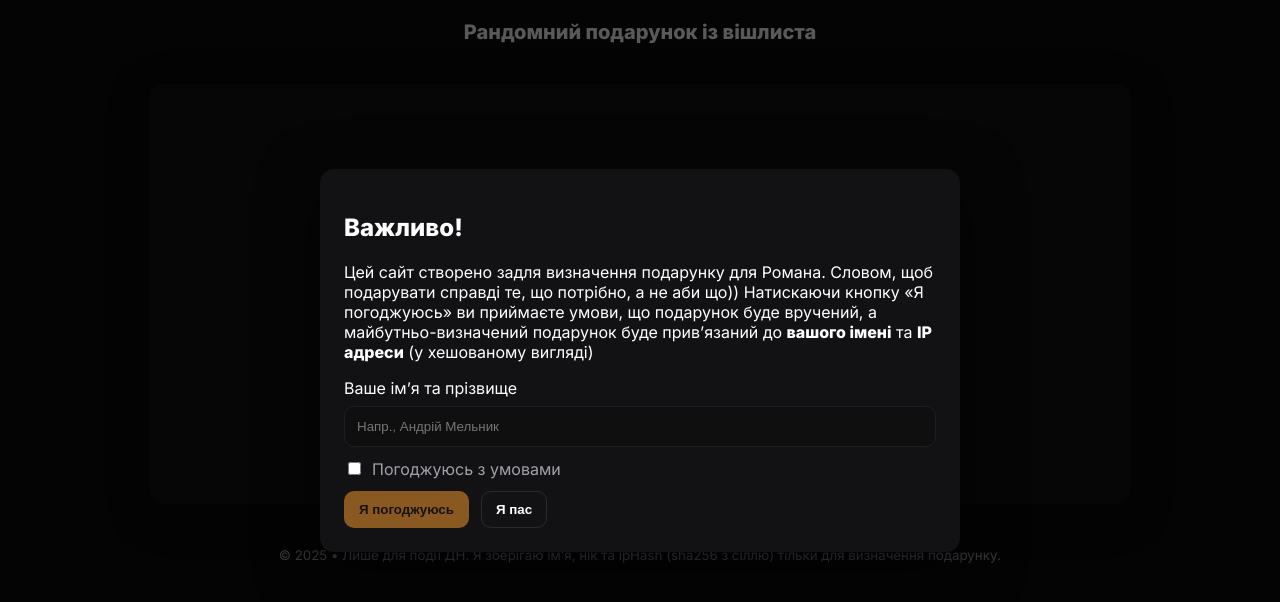
Repository: torunok/random-gift-roman
Page: docs/index.html
These files come from the project's save history. The page is drawn as it stood at one moment and after the next save; the edit follows.
The browser window is 1280 px wide. The pictures show the whole page.
The page's requests for data from a server got no answer.

Above is the page before, as saved 2025-11-10 18:00:30.

### docs/index.html
<!DOCTYPE html>
<html lang="uk">
  <head>
    <meta charset="utf-8" />
    <meta name="viewport" content="width=device-width, initial-scale=1" />
    <title>Random Gift for Roman</title>
    <link rel="preconnect" href="https://fonts.googleapis.com" />
    <link rel="preconnect" href="https://fonts.gstatic.com" crossorigin />
    <link href="https://fonts.googleapis.com/css2?family=Inter:wght@400;600;800&display=swap" rel="stylesheet" />
    <link rel="stylesheet" href="./styles.css" />
  </head>
  <body>
    <div id="app">
      <header class="header">
        <h1>Рандомний подарунок із вішлиста</h1>
      </header>

      <main class="main">
        <!-- Контейнер для сценаріїв/анімацій -->
        <section id="stage" class="stage"></section>
      </main>

      <footer class="footer">
        <small>© 2025 • Лише для події ДН. Я зберігаю ім’я, нік та ipHash (sha256 з сіллю) тільки для визначення подарунку. </small>
      </footer>
    </div>

    <!-- Модалка з умовами -->
    <div class="modal" id="consentModal" aria-hidden="true">
      <div class="modal-content">
        <h2>Важливо!</h2>
        <p>
          Цей сайт створено задля визначення подарунку для Романа. Словом, щоб подарувати справді те, що потрібно, а не аби що)) Натискаючи кнопку «Я погоджуюсь» ви приймаєте умови, що подарунок буде вручений, а
          майбутньо-визначений подарунок буде прив’язаний до <strong>вашого імені</strong> та <strong>IP адреси</strong> (у хешованому вигляді)
        </p>
        <label class="field">
          <span>Ваше ім’я та прізвище</span>
          <input id="inputName" type="text" placeholder="Напр., Андрій Мельник" />
        </label>
        <label class="check">
          <input id="checkboxAgree" type="checkbox" />
          <span>Погоджуюсь з умовами</span>
        </label>
        <div class="actions">
          <button id="btnAgree" class="btn btn-primary" disabled>Я погоджуюсь</button>
          <button id="btnPass" class="btn btn-ghost">Я пас</button>
        </div>
      </div>
    </div>

    <script>
      window.API_BASE = "https://random-gift-roman.myhappyb.workers.dev"; // приклад: https://random-gift-roman.yourname.workers.dev
    </script>
    <script src="./app.js" defer></script>
  </body>
</html>

### docs/styles.css
:root {
    --bg: #0B0B0C;
    --fg: #FFFFFF;
    --muted: #A1A1AA;
    --accent: #FF9F2E;
    --accent-2: #6C9CFF;
    --panel: #121214;
    --border: #1E1E22;
    --panel-2: #0F0F10;

    --radius: 14px;
    --radius-sm: 10px;

    --eio: cubic-bezier(.2, .8, .2, 1);
    /* швидкий старт, сповільнення в кінці */
}

* {
    box-sizing: border-box;
}

html,
body {
    margin: 0;
    padding: 0;
    background: var(--bg);
    color: var(--fg);
    font-family: Inter, system-ui, -apple-system, Segoe UI, Roboto, Ubuntu, "Helvetica Neue", Arial, sans-serif;
    -webkit-font-smoothing: antialiased;
    -moz-osx-font-smoothing: grayscale;
}

a {
    color: var(--accent-2);
    text-decoration: none;
}

a:hover {
    text-decoration: underline;
}

/* ====== Layout ====== */
.header {
    padding: 20px;
    display: flex;
    justify-content: center;
}

.header h1 {
    font-size: 20px;
    font-weight: 800;
    margin: 0;
}

.header--admin {
    justify-content: flex-start;
}

.main {
    display: flex;
    justify-content: center;
    align-items: center;
    min-height: 60vh;
    padding: 20px;
}

.stage {
    width: min(980px, 94vw);
    min-height: 420px;
    border-radius: var(--radius);
    background: var(--panel);
    padding: 24px;
    position: relative;
    overflow: hidden;
    box-shadow: 0 10px 40px rgba(0, 0, 0, .35);
}

/* ====== Footer ====== */
.footer {
    padding: 20px;
    text-align: center;
    color: var(--muted);
}

/* ====== Modal ====== */
.modal {
    position: fixed;
    inset: 0;
    background: rgba(0, 0, 0, .65);
    display: flex;
    align-items: center;
    justify-content: center;
    z-index: 50;
}

.modal[aria-hidden="true"] {
    display: none;
}

.modal-content {
    background: var(--panel);
    width: min(640px, 94vw);
    padding: 24px;
    border-radius: var(--radius);
    box-shadow: 0 18px 60px rgba(0, 0, 0, .55);
    animation: scale-in .45s var(--eio) forwards;
}

/* ====== Form fields ====== */
.field {
    display: flex;
    flex-direction: column;
    gap: 8px;
    margin: 12px 0;
}

.field input,
.field textarea {
    background: var(--panel-2);
    border: 1px solid var(--border);
    color: var(--fg);
    border-radius: var(--radius-sm);
    padding: 12px;
    outline: none;
    transition: border-color .2s var(--eio), box-shadow .2s var(--eio);
}

.field input:focus,
.field textarea:focus {
    border-color: #2E2E33;
    box-shadow: 0 0 0 4px rgba(108, 156, 255, .12);
}

.check {
    display: flex;
    align-items: center;
    gap: 8px;
    margin: 12px 0;
    color: var(--muted);
}

.actions {
    display: flex;
    gap: 12px;
    margin-top: 12px;
    flex-wrap: wrap;
}

/* ====== Buttons ====== */
.btn {
    appearance: none;
    border: 1px solid transparent;
    padding: 10px 14px;
    border-radius: var(--radius-sm);
    font-weight: 700;
    cursor: pointer;
    transition: transform .12s var(--eio), box-shadow .2s var(--eio), background .2s var(--eio), border-color .2s var(--eio);
}

.btn:hover {
    transform: translateY(-1px);
}

.btn:active {
    transform: translateY(0);
}

.btn:disabled {
    opacity: .5;
    cursor: not-allowed;
}

.btn-primary {
    background: var(--accent);
    color: #1b1205;
}

.btn-primary:hover {
    box-shadow: 0 6px 18px rgba(255, 159, 46, .35);
}

.btn-ghost {
    background: transparent;
    border-color: #2a2a2d;
    color: var(--fg);
}

.btn-ghost:hover {
    border-color: #3A3A3F;
    box-shadow: 0 4px 16px rgba(0, 0, 0, .2);
}

.btn-danger {
    background: #FF5A5A;
    color: #1b0e0e;
}

.btn-danger:hover {
    box-shadow: 0 6px 18px rgba(255, 90, 90, .35);
}

/* ====== Cards & Tables ====== */
.card {
    background: var(--panel);
    padding: 16px;
    border-radius: 12px;
    box-shadow: 0 8px 30px rgba(0, 0, 0, .3);
    margin-bottom: 16px;
}

.table-wrap {
    width: 100%;
    overflow-x: auto;
}

.table {
    width: 100%;
    border-collapse: collapse;
    min-width: 640px;
}

.table th,
.table td {
    border-bottom: 1px solid var(--border);
    padding: 10px;
    text-align: left;
    white-space: nowrap;
}

.td-actions {
    display: flex;
    gap: 8px;
}

/* ====== Helpers ====== */
.hidden {
    display: none;
}

.row {
    display: flex;
    gap: 12px;
    align-items: center;
    margin: 8px 0;
    flex-wrap: wrap;
}

.center {
    display: flex;
    align-items: center;
    justify-content: center;
}

/* ====== Анімації ====== */
.fade-in {
    animation: fade-in .38s var(--eio) forwards;
}

@keyframes fade-in {
    from {
        opacity: 0
    }

    to {
        opacity: 1
    }
}

.slide-left {
    animation: slide-left .44s var(--eio) forwards;
}

@keyframes slide-left {
    from {
        opacity: 0;
        transform: translateX(-28px)
    }

    to {
        opacity: 1;
        transform: none
    }
}

.slide-right {
    animation: slide-right .44s var(--eio) forwards;
}

@keyframes slide-right {
    from {
        opacity: 0;
        transform: translateX(28px)
    }

    to {
        opacity: 1;
        transform: none
    }
}

.scale-in {
    animation: scale-in .42s var(--eio) forwards;
}

@keyframes scale-in {
    from {
        opacity: 0;
        transform: scale(.92)
    }

    to {
        opacity: 1;
        transform: scale(1)
    }
}

/* плавніше затемнення/оверлей */
.ease-slow {
    animation-timing-function: var(--eio);
}

/* ====== Спец екрани ====== */
.full-black {
    position: absolute;
    inset: 0;
    background: #000;
    display: flex;
    align-items: center;
    justify-content: center;
    color: #fff;
    font-size: 28px;
}

/* ====== Контентні блоки ====== */
.gift-wrap {
    display: flex;
    gap: 20px;
    align-items: center;
    justify-content: center;
    flex-wrap: wrap;
}

.gift-img {
    max-width: min(60vw, 480px);
    border-radius: 12px;
    box-shadow: 0 10px 40px rgba(0, 0, 0, .6);
}

.gift-desc {
    max-width: 520px;
    background: #101012;
    border: 1px solid #202026;
    padding: 16px 20px;
    border-radius: 12px;
}

/* ====== Intro ====== */
.intro {
    display: flex;
    gap: 20px;
    align-items: center;
    justify-content: center;
    flex-wrap: wrap;
}

.intro .photo {
    width: 160px;
    height: 160px;
    border-radius: 16px;
    overflow: hidden;
}

.intro .photo img {
    width: 100%;
    height: 100%;
    object-fit: cover;
}

.intro .text {
    max-width: 560px;
}

/* ====== Admin layout (responsive) ====== */
.admin-main {
    padding: 16px;
}

.admin-tabs {
    display: flex;
    gap: 8px;
    margin-bottom: 12px;
    flex-wrap: wrap;
}

.tab {
    border: 1px solid var(--border);
    background: var(--panel-2);
    color: var(--fg);
    padding: 8px 12px;
    border-radius: 10px;
    cursor: pointer;
}

.tab.active {
    background: #18181B;
    border-color: #2A2A2F;
}

.btn-group {
    display: inline-flex;
    gap: 8px;
    flex-wrap: wrap;
}

/* ====== Mobile tweaks ====== */
@media (max-width: 640px) {
    .stage {
        padding: 16px;
    }

    .header h1 {
        font-size: 18px;
    }

    .gift-img {
        max-width: 100%;
    }

    .gift-desc {
        width: 100%;
    }

    .table {
        min-width: 560px;
    }

    .row {
        gap: 8px;
    }

    .btn {
        padding: 10px 12px;
    }
}

### docs/app.js
// ========== БАЗА ==========
const API = () => (window.API_BASE || '').replace(/\/$/, '');
const $ = (s, r = document) => r.querySelector(s);
const $$ = (s, r = document) => Array.from(r.querySelectorAll(s));
const stage = $('#stage');
const consentModal = $('#consentModal');
const inputName = $('#inputName');
const checkboxAgree = $('#checkboxAgree');
const btnAgree = $('#btnAgree');
const btnPass = $('#btnPass');

const sleep = (ms) => new Promise(r => setTimeout(r, ms));
const el = (html) => { const d = document.createElement('div'); d.innerHTML = html.trim(); return d.firstElementChild; };
function escapeHtml(str = '') { return String(str).replace(/[&<>"]+/g, s => ({ "&": "&amp;", "<": "&lt;", ">": "&gt;", "\"": "&quot;" }[s])); }

// Безпечний fetch API з лімітованим парсингом
async function api(path, opts = {}) {
  const url = API() + path;
  let res;
  try {
    res = await fetch(url, {
      ...opts,
      headers: { 'Content-Type': 'application/json', ...(opts.headers || {}) }
    });
  } catch (e) {
    throw new Error('Немає інтернету або сервер недоступний');
  }
  const text = await res.text();
  let data = {};
  try { data = text ? JSON.parse(text) : {}; } catch {}
  if (!res.ok) {
    const msg = (data && data.error) ? data.error : (text || `HTTP ${res.status}`);
    throw new Error(msg);
  }
  return data;
}

// Абсолютний URL до зображення
function absoluteUrl(u = '') {
  if (!u) return '';
  if (/^https?:\/\//i.test(u)) return u;
  return API() + u;
}

// ====== CONSENT ======
function showConsent() { consentModal?.setAttribute('aria-hidden', 'false'); }
function hideConsent() { consentModal?.setAttribute('aria-hidden', 'true'); }

checkboxAgree?.addEventListener('change', () => {
  btnAgree.disabled = !(checkboxAgree.checked && inputName.value.trim().length >= 2);
});
inputName?.addEventListener('input', () => {
  btnAgree.disabled = !(checkboxAgree.checked && inputName.value.trim().length >= 2);
});

btnPass?.addEventListener('click', () => {
  const msg = el(`<div class="card fade-in"><h2>Дякую за щирість! Гарного дня 😄</h2></div>`);
  stage.innerHTML = ''; stage.appendChild(msg); hideConsent();
  api('/api/agree', { method: 'POST', body: JSON.stringify({ name: 'PASS' }) }).catch(() => {});
});

btnAgree?.addEventListener('click', async () => {
  const name = inputName.value.trim();
  if (!name) return;

  try {
    await api('/api/agree', { method: 'POST', body: JSON.stringify({ name }) });
  } catch (e) {
    console.warn('agree failed:', e.message);
  }

  hideConsent();

  // якщо вже є призначення — показуємо фінал або просимо Telegram, якщо він відсутній
  try {
    const me = await api('/api/me', { method: 'GET' });
    if (me && me.assigned) {
      if (me.telegram && me.telegram.trim().length >= 3) {
        return renderFinal(me.gift);
      } else {
        return showThanksForm(); // обов’язковий збір Telegram
      }
    }
  } catch {}
  renderIntro(name);
});

// ====== СЦЕНИ ======
function renderIntro(name) {
  stage.innerHTML = '';
  const block = el(`
    <div class="intro fade-in">
      <div class="photo slide-left"><img src="./images/roman.png" alt="Roman"/></div>
      <div class="text slide-right">
        <h2>Привітик, ${escapeHtml(name)}! Тут все просто 🙂</h2>
        <p>Буде рандом, який обере подарунок, який ти повинен подарувати мені на день народження.
        Нагадаю, це буде <strong>28 листопада</strong>.</p>
        <button id="btnGo" class="btn btn-primary">Даю добро на рандом!</button>
      </div>
    </div>
  `);
  stage.appendChild(block);
  block.querySelector('#btnGo').addEventListener('click', startRandom);
}

function makeOverlay() {
  const blackout = el(`<div id="blackOverlay" class="full-black ease-slow">...</div>`);
  return blackout;
}

async function startRandom() {
  stage.innerHTML = '';
  const blackout = makeOverlay();
  stage.appendChild(blackout);

  await sleep(1200);
  blackout.textContent = 'Все ґуд, це просто такий ефект)';
  await sleep(600);
  for (let i = 5; i >= 1; i--) {
    blackout.textContent = String(i);
    await sleep(600);
  }

  let res;
  try {
    res = await api('/api/random', { method: 'GET' });
  } catch (e) {
    $('#blackOverlay')?.remove();
    alert('Помилка під час отримання подарунка: ' + e.message);
    return;
  }

  const gift = res?.gift || (res?.already ? res.gift : null);
  if (!gift || !gift.imageUrl) {
    $('#blackOverlay')?.remove();
    if (res && res.error === 'no_active_gifts') {
      alert('Немає активних подарунків. Увімкни хоча б один у адмінці.');
    } else {
      alert('Подарунок не отримано. Спробуй ще раз або перевір дані в адмінці.');
    }
    return;
  }

  $('#blackOverlay')?.remove();
  await showGiftSequence(gift);
}

async function showGiftSequence(gift) {
  stage.innerHTML = '';

  // 1) показ фото по центру
  const first = el(`
    <div class="center">
      <img class="gift-img scale-in ease-slow" id="giftImgCenter" src="${escapeHtml(absoluteUrl(gift.imageUrl))}" alt="gift"/>
    </div>
  `);
  stage.appendChild(first);
  await sleep(2400);

  // 2) фото + опис
  stage.innerHTML = '';
  const wrap = el(`
    <div class="gift-wrap fade-in ease-slow">
      <img class="gift-img" src="${escapeHtml(absoluteUrl(gift.imageUrl))}" alt="gift"/>
      <div class="gift-desc">
        <h3>${escapeHtml(gift.title || 'Подарунок')}</h3>
        <p>${escapeHtml(gift.description || 'Опис')}</p>
      </div>
    </div>
  `);
  stage.appendChild(wrap);

  // 3) після паузи показати кнопку «І це все?»
  await sleep(8000);
  const moreBtn = el(`<div class="center"><button id="btnMore" class="btn btn-ghost">І це все?</button></div>`);
  stage.appendChild(moreBtn);
  moreBtn.querySelector('#btnMore').addEventListener('click', showThanksForm);
}

function showThanksForm() {
  stage.innerHTML = '';
  const view = el(`
    <div class="intro fade-in ease-slow">
      <div class="photo slide-left ease-slow"><img src="./images/roman.png" alt="Roman"/></div>
      <div class="text slide-right ease-slow">
        <h2>Щиро вдячний!</h2>
        <p>Буду радий розділити цей момент із вами. А поки запишіть свій нік у Telegram, щоб я пізніше повідомив дату, місце та час).</p>
      </div>
    </div>
  `);

  const form = el(`
    <div class="card fade-in ease-slow" style="margin-top:16px;">
      <label class="field"><span>Ваш Telegram-нік</span>
        <input id="tgNick" type="text" placeholder="@nickname" inputmode="text" autocomplete="username"
               required pattern="^@?[a-zA-Z0-9_]{3,}$" />
      </label>
      <div class="actions center">
        <button id="btnMeet" class="btn btn-primary" disabled>Зустрінемось</button>
      </div>
    </div>
  `);

  stage.append(view, form);

  // live-валідація
  const tgInput = form.querySelector('#tgNick');
  const meetBtn = form.querySelector('#btnMeet');
  tgInput.addEventListener('input', () => {
    const ok = /^[a-zA-Z0-9_]{3,}$/.test(tgInput.value.replace(/^@/, ''));
    meetBtn.disabled = !ok;
  });

  meetBtn.addEventListener('click', finalizeUser);
}

async function finalizeUser() {
  const inp = $('#tgNick');
  const raw = (inp?.value || '').trim();
  const nick = raw.replace(/^@/, '');
  if (!/^[a-zA-Z0-9_]{3,}$/.test(nick)) {
    alert('Вкажіть коректний нік у Telegram (мінімум 3 символи, латиниця/цифри/_)');
    return;
  }

  try {
    await api('/api/finalize', { method: 'POST', body: JSON.stringify({ telegram: '@' + nick }) });
  } catch (e) {
    alert('Не вдалося зберегти нік: ' + e.message);
    return;
  }

  try {
    const me = await api('/api/me', { method: 'GET' });
    if (me && me.assigned) return renderFinal(me.gift);
  } catch (e) {
    alert('Не вдалося отримати фінальні дані: ' + e.message);
  }
}

// ФІНАЛ БЕЗ БЛОКУ «Для: ...» — повністю прибрано
function renderFinal(gift) {
  stage.innerHTML = '';
  const block = el(`
    <div class="gift-wrap fade-in ease-slow">
      <img class="gift-img" src="${escapeHtml(absoluteUrl(gift.imageUrl || ''))}" alt="gift"/>
      <div class="gift-desc">
        <h3>${escapeHtml(gift.title || 'Подарунок')}</h3>
        <p>${escapeHtml(gift.description || 'Опис')}</p>
      </div>
    </div>
  `);
  stage.appendChild(block);
}

// ===== INIT =====
(async function init() {
  showConsent();

  try {
    const me = await api('/api/me', { method: 'GET' });
    if (me && me.assigned) {
      hideConsent();
      if (me.telegram && me.telegram.trim().length >= 3) {
        return renderFinal(me.gift);
      } else {
        return showThanksForm(); // обов’язковий збір Telegram
      }
    }
  } catch {}
})();

After the next save:
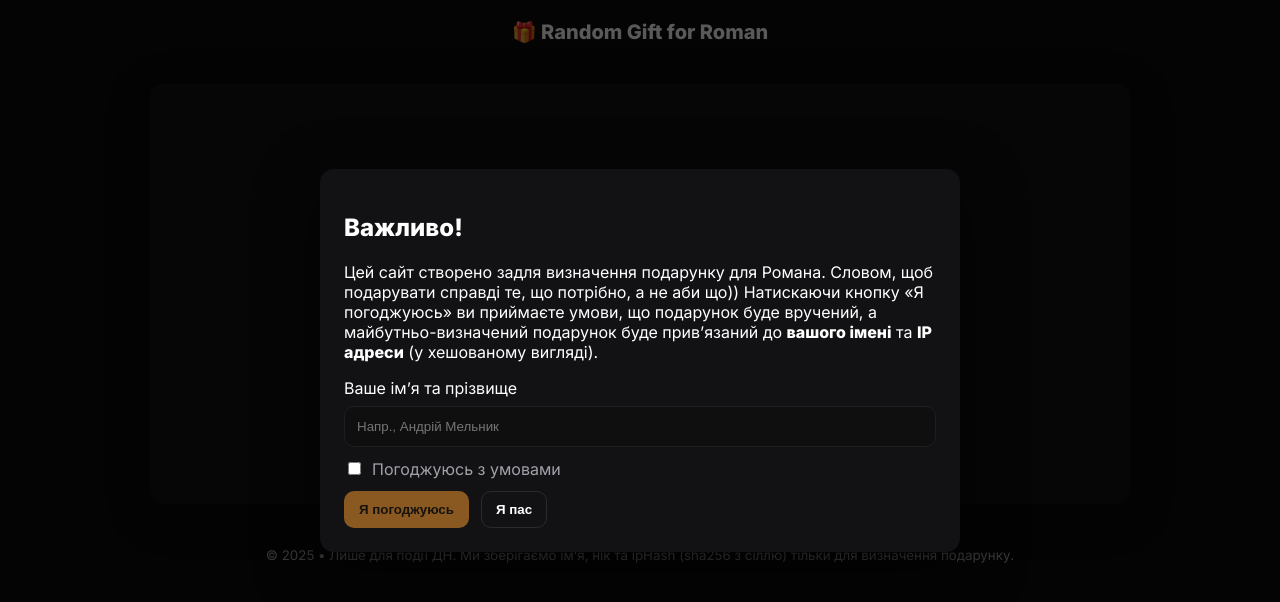
Saved 14 min 58 s later.
--- a/docs/index.html
+++ b/docs/index.html
@@ -12,40 +12,43 @@
   <body>
     <div id="app">
       <header class="header">
-        <h1>Рандомний подарунок із вішлиста</h1>
+        <h1>🎁 Random Gift for Roman</h1>
       </header>
 
       <main class="main">
-        <!-- Контейнер для сценаріїв/анімацій -->
-        <section id="stage" class="stage"></section>
+        <!-- Обгортка сцени для локальної модалки -->
+        <div class="stage-wrap">
+          <!-- Модалка тепер саме над stage -->
+          <div class="modal" id="consentModal" aria-hidden="true">
+            <div class="modal-content">
+              <h2>Важливо!</h2>
+              <p>
+                Цей сайт створено задля визначення подарунку для Романа. Словом, щоб подарувати справді те, що потрібно, а не аби що)) Натискаючи кнопку «Я погоджуюсь» ви приймаєте умови, що подарунок буде вручений, а
+                майбутньо-визначений подарунок буде прив’язаний до <strong>вашого імені</strong> та <strong>IP адреси</strong> (у хешованому вигляді).
+              </p>
+              <label class="field">
+                <span>Ваше ім’я та прізвище</span>
+                <input id="inputName" type="text" placeholder="Напр., Андрій Мельник" />
+              </label>
+              <label class="check">
+                <input id="checkboxAgree" type="checkbox" />
+                <span>Погоджуюсь з умовами</span>
+              </label>
+              <div class="actions">
+                <button id="btnAgree" class="btn btn-primary" disabled>Я погоджуюсь</button>
+                <button id="btnPass" class="btn btn-ghost">Я пас</button>
+              </div>
+            </div>
+          </div>
+
+          <!-- Контейнер для сценаріїв/анімацій -->
+          <section id="stage" class="stage"></section>
+        </div>
       </main>
 
       <footer class="footer">
-        <small>© 2025 • Лише для події ДН. Я зберігаю ім’я, нік та ipHash (sha256 з сіллю) тільки для визначення подарунку. </small>
+        <small>© 2025 • Лише для події ДН. Ми зберігаємо ім’я, нік та ipHash (sha256 з сіллю) тільки для визначення подарунку. </small>
       </footer>
-    </div>
-
-    <!-- Модалка з умовами -->
-    <div class="modal" id="consentModal" aria-hidden="true">
-      <div class="modal-content">
-        <h2>Важливо!</h2>
-        <p>
-          Цей сайт створено задля визначення подарунку для Романа. Словом, щоб подарувати справді те, що потрібно, а не аби що)) Натискаючи кнопку «Я погоджуюсь» ви приймаєте умови, що подарунок буде вручений, а
-          майбутньо-визначений подарунок буде прив’язаний до <strong>вашого імені</strong> та <strong>IP адреси</strong> (у хешованому вигляді)
-        </p>
-        <label class="field">
-          <span>Ваше ім’я та прізвище</span>
-          <input id="inputName" type="text" placeholder="Напр., Андрій Мельник" />
-        </label>
-        <label class="check">
-          <input id="checkboxAgree" type="checkbox" />
-          <span>Погоджуюсь з умовами</span>
-        </label>
-        <div class="actions">
-          <button id="btnAgree" class="btn btn-primary" disabled>Я погоджуюсь</button>
-          <button id="btnPass" class="btn btn-ghost">Я пас</button>
-        </div>
-      </div>
     </div>
 
     <script>
